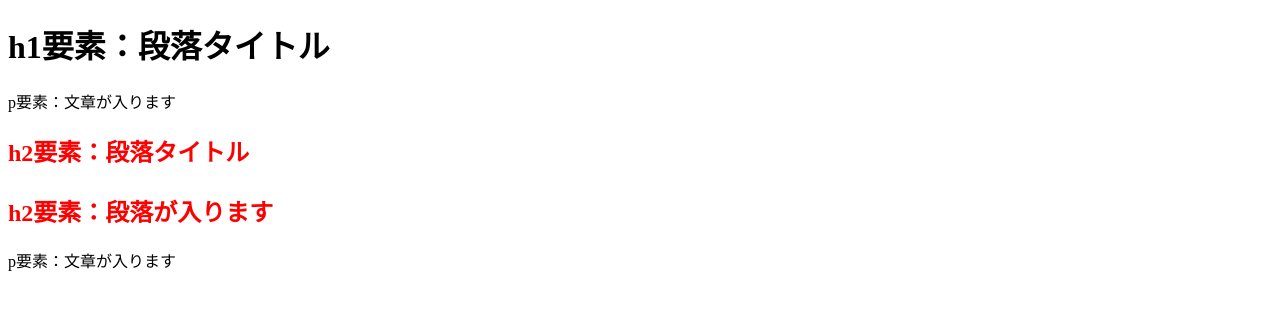
Repository: jittunYs/samurai_HTML-CSS
Page: index.html
The author's editor kept a record of every edit. The page is drawn from the files as they stood at one moment, then again after the next edit.
The browser window is 1280 px wide. The pictures show the whole page.

Above is the page before.

### index.html
<!DOCTYPE html>
<html lang = "ja">
    <head>
        <meta charset="UTF-8">
        <title>HTML/CSSの学習</title>
        <style>
            h2{color:red

            };
        </style>
    </head>
    <body>
        <h1>h1要素：段落タイトル</h1>
        <p>p要素：文章が入ります</p>
        <h2>h2要素：段落タイトル</h2>
        <p style ="font-size:25px;"></p>
        <h2>h2要素：段落が入ります</h2>
        <p>p要素：文章が入ります</p>
    </body>
</html>

After the next edit:
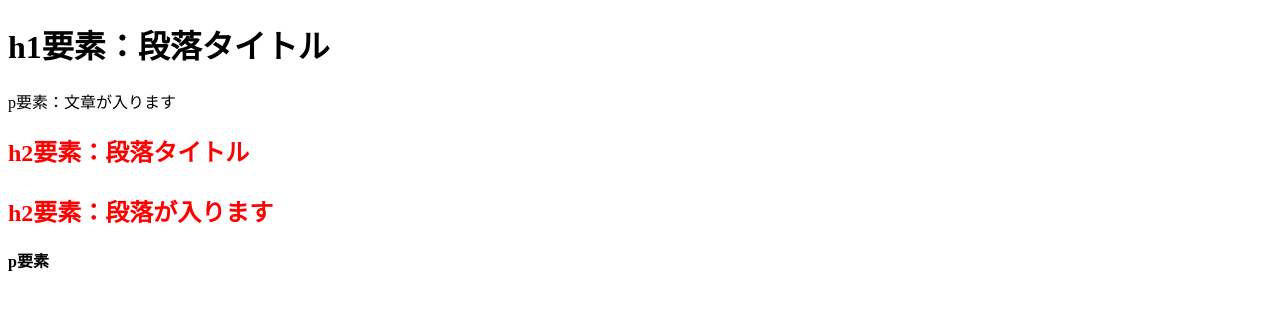
The edit:
--- a/index.html
+++ b/index.html
@@ -15,6 +15,6 @@
         <h2>h2要素：段落タイトル</h2>
         <p style ="font-size:25px;"></p>
         <h2>h2要素：段落が入ります</h2>
-        <p>p要素：文章が入ります</p>
+        <p style ="font-weight:bold;">p要素</p>
     </body>
 </html>
